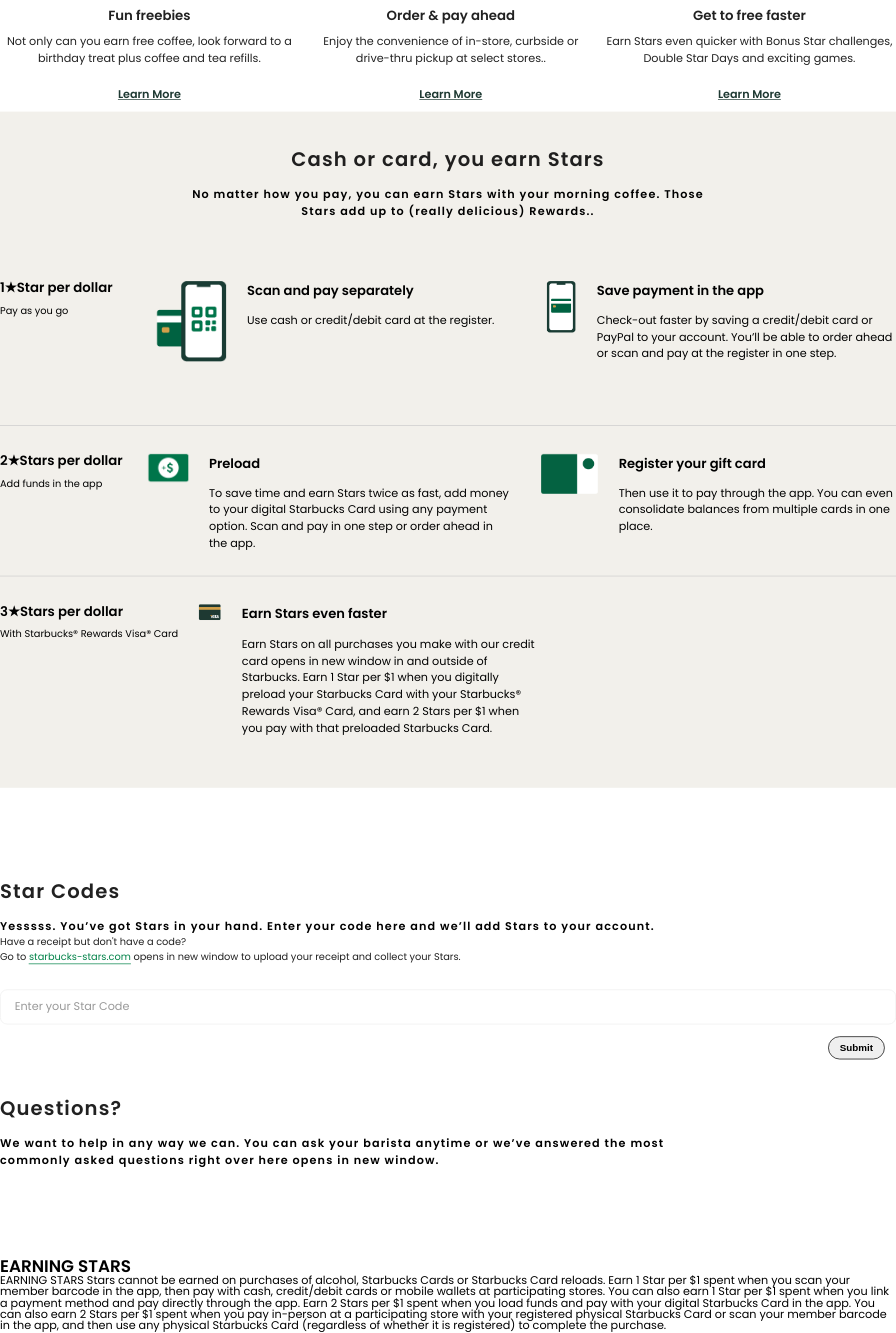
Repository: Akashiii1/StarBucks
Page: index.html
The author's editor kept a copy of each file at every save. The page is drawn from the files as they stood at one save, then again after the next save.
The browser window is 1280 px wide. The pictures show the part of the page from y = 2229 to 4149 px (the page is 4133 px tall before and 4149 px after), at 70% of full size.

Above is the page before, as saved 2022-02-02 00:24:25.

After the next save:
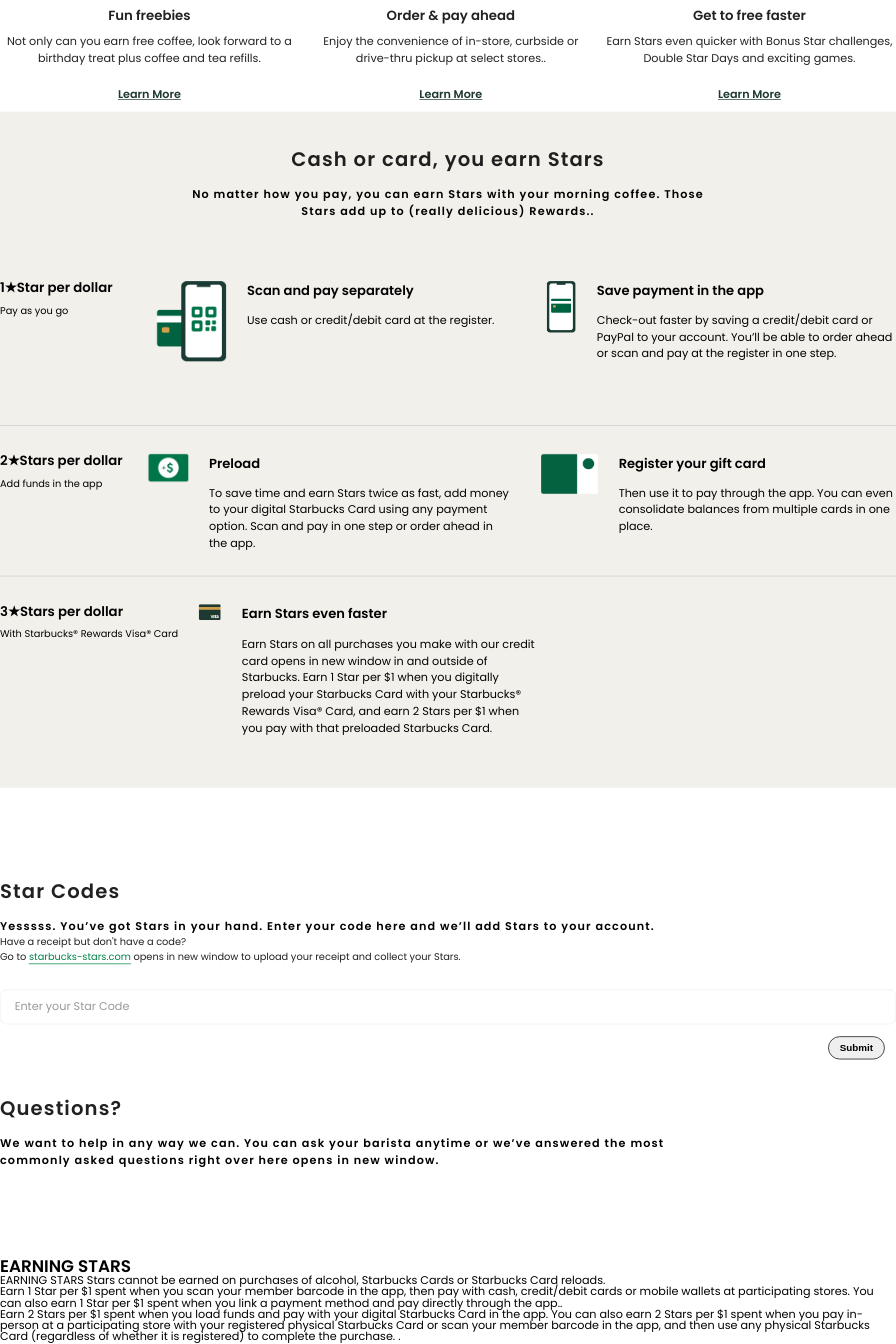
Saved 16 s later.
--- a/index.html
+++ b/index.html
@@ -425,11 +425,12 @@
           <div class="section1">
             <h2>EARNING STARS</h2>
             <p>EARNING STARS
-              Stars cannot be earned on purchases of alcohol, Starbucks Cards or Starbucks Card reloads.
-
-              Earn 1 Star per $1 spent when you scan your member barcode in the app, then pay with cash, credit/debit cards or mobile wallets at participating stores. You can also earn 1 Star per $1 spent when you link a payment method and pay directly through the app.
-
-              Earn 2 Stars per $1 spent when you load funds and pay with your digital Starbucks Card in the app. You can also earn 2 Stars per $1 spent when you pay in-person at a participating store with your registered physical Starbucks Card or scan your member barcode in the app, and then use any physical Starbucks Card (regardless of whether it is registered) to complete the purchase.</p>
+              Stars cannot be earned on purchases of alcohol, Starbucks Cards or Starbucks Card reloads.<br>
+
+              Earn 1 Star per $1 spent when you scan your member barcode in the app, then pay with cash, credit/debit cards or mobile wallets at participating stores. You can also earn 1 Star per $1 spent when you link a payment method and pay directly through the app..<br>
+
+              Earn 2 Stars per $1 spent when you load funds and pay with your digital Starbucks Card in the app. You can also earn 2 Stars per $1 spent when you pay in-person at a participating store with your registered physical Starbucks Card or scan your member barcode in the app, and then use any physical Starbucks Card (regardless of whether it is registered) to complete the purchase.
+              .<br></p>
           </div>
         </div>
       </section>
